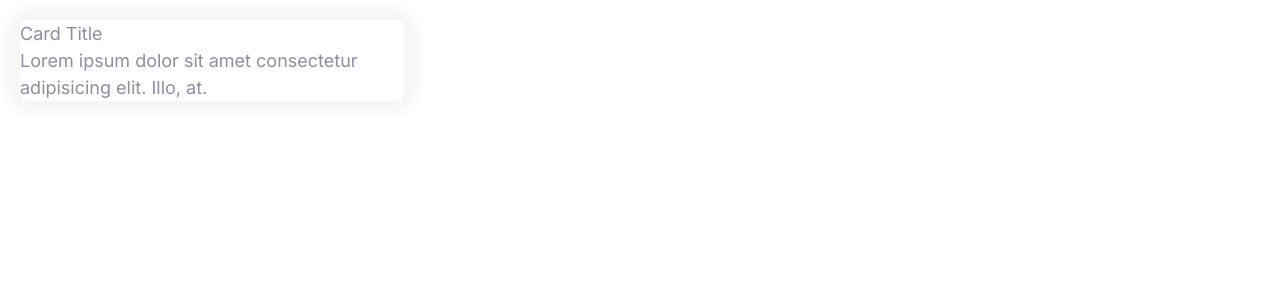
Repository: Qiwenweiii/CodeWithMosh
Page: index.html
An editor plug-in stored every save of this project. The page is shown before and after the next save, followed by the edit.
The browser window is 1280 px wide. The pictures show the whole page.

Above is the page before, as saved 2021-11-11 21:54:08.

After the next save:
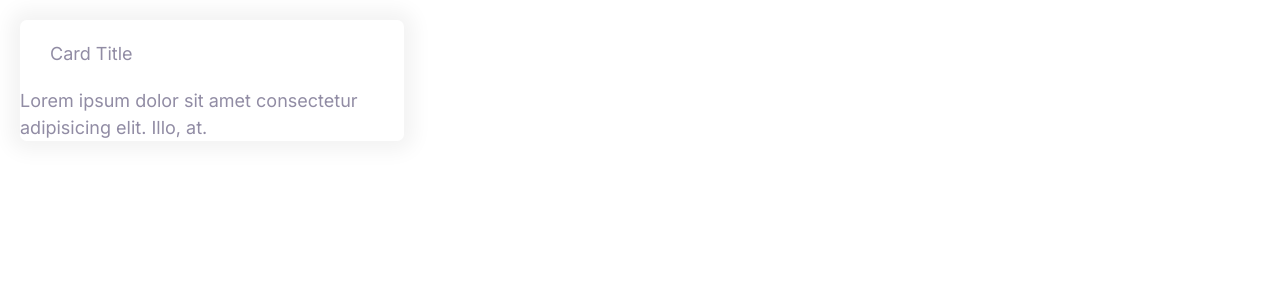
Saved 24 s later.
--- a/styles/styles.css
+++ b/styles/styles.css
@@ -312,3 +312,7 @@ a {
     border-radius: 7px;
     box-shadow: 0 0 20px 10px #f3f3f3;
 }
+
+.card__header {
+    padding: 2rem 3rem;
+}
